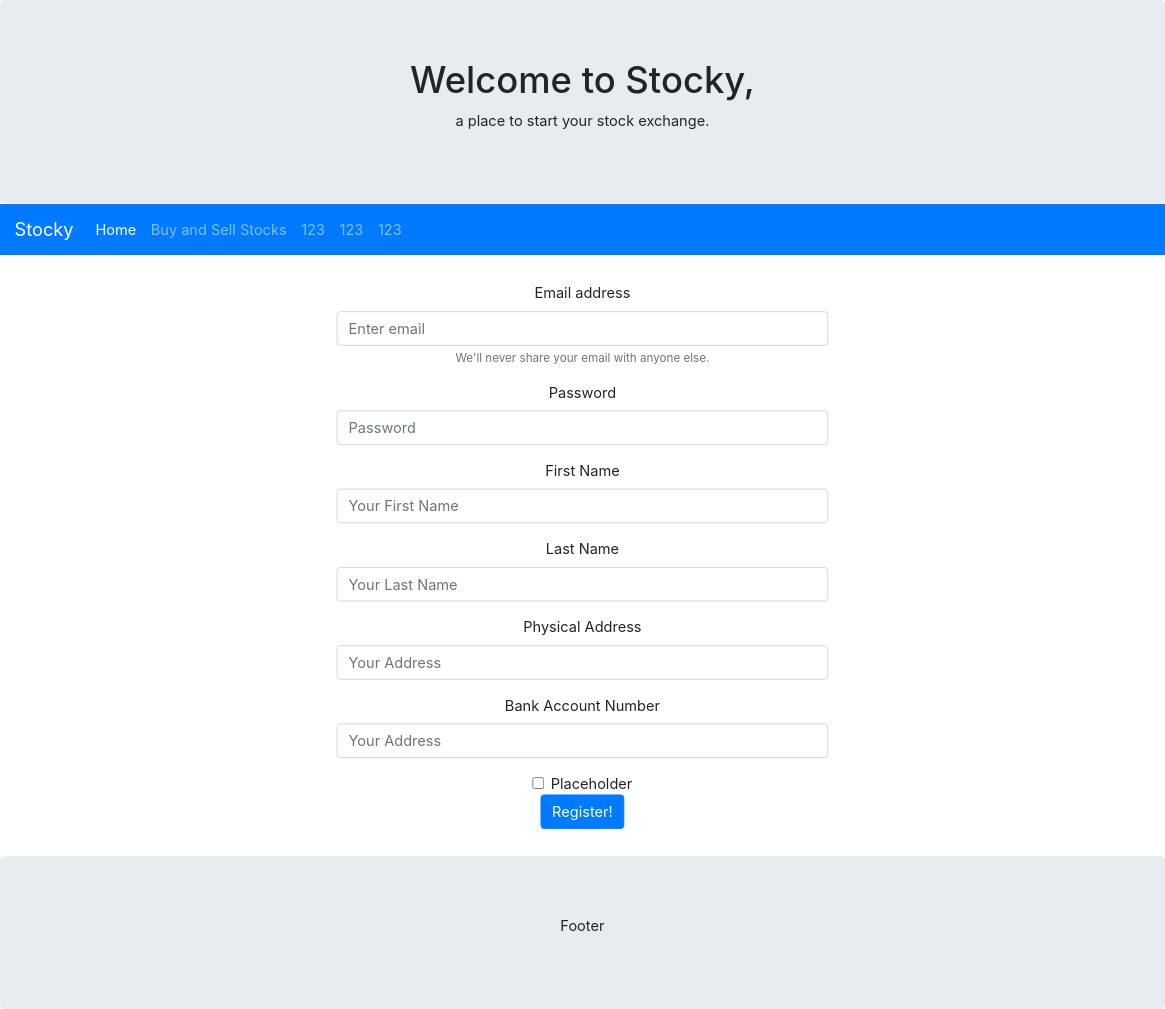
Repository: madfufuu/stocky
Page: http://localhost/stocky/signup.jsp
An editor plug-in stored every save of this project. The page is shown before and after the next save, followed by the edit.
The browser window is 1280 px wide. The pictures show the whole page, at 91% of full size.
The page is served by Tomcat 9. Nobody is signed in. The application's start-up code is not run. Other server files are loaded and not shown.

Above is the page before, as saved 2019-11-29 18:55:53.

### stocky-new-master/stocky/WebContent/signup.jsp
<%@ page language="java" contentType="text/html; charset=UTF-8"
    pageEncoding="UTF-8"%>
<%@ page session="false" %>
<!DOCTYPE html>
<html lang="en">
<head>
	<!-- Required meta tags -->
    <meta charset="utf-8">
    <meta name="viewport" content="width=device-width, initial-scale=1, shrink-to-fit=no">

	<!-- Bootstrap CSS -->
	<link rel="stylesheet" href="https://stackpath.bootstrapcdn.com/bootstrap/4.3.1/css/bootstrap.min.css" integrity="sha384-ggOyR0iXCbMQv3Xipma34MD+dH/1fQ784/j6cY/iJTQUOhcWr7x9JvoRxT2MZw1T" crossorigin="anonymous">
	<link rel="stylesheet" type="text/css" href="./style.css">

	<title>Registration</title>
</head>

<body>
	<div class="jumbotron text-center" style="margin-bottom:0">
  		<h1>Welcome to Stocky,</h1>
 		<p>a place to start your stock exchange.</p>
	</div>

	<nav class="navbar navbar-expand-lg navbar-dark bg-primary sticky-top">
  		<a class="navbar-brand" href="index.jsp">Stocky</a>
  		<button class="navbar-toggler" type="button" data-toggle="collapse" data-target="#navbarSupportedContent" aria-controls="navbarSupportedContent" aria-expanded="false" aria-label="Toggle navigation">
    		<span class="navbar-toggler-icon"></span>
  		</button>

  		<div class="collapse navbar-collapse" id="navbarSupportedContent">
			<ul class="navbar-nav mr-auto">
				<li class="nav-item active">
					<a class="nav-link" href="index.jsp">Home <span class="sr-only">(current)</span></a>
				</li>

				<li class="nav-item">
					<a class="nav-link" href="#">Buy and Sell Stocks</a>
				</li>

				<li class="nav-item">
					<a class="nav-link" href="#">123</a>
				</li>

				<li class="nav-item">
					<a class="nav-link" href="#">123</a>
				</li>

				<li class="nav-item">
					<a class="nav-link" href="#">123</a>
				</li>

			</ul>

		</div>
	</nav>


	<div class="container">
		<div class="row justify-content-center">
			<form action="http://localhost:8180/webApplication/Registration" method="post" class="col-sm-6"
				id="signupForm">
				<div class="form-group">
					<label for="inputEmail">Email address</label> <input
						type="email" class="form-control" id="inputEmail" name="inputEmail"
						aria-describedby="emailHelp" placeholder="Enter email"> <small
						id="emailHelp" class="form-text text-muted">We'll never
						share your email with anyone else.</small>
				</div>
				<div class="form-group">
					<label for="inputPassword">Password</label> <input
						type="password" class="form-control" id="inputPassword" name="inputPassword"
						placeholder="Password">
				</div>
				<div class="form-group">
					<label for="inputFirstName">First Name</label> <input
						type="text" class="form-control" id="inputFirstName" name="inputFirstName"
						placeholder="Your First Name">
				</div>
				<div class="form-group">
					<label for="inputLastName">Last Name</label> <input
						type="text" class="form-control" id="inputLastName" name="inputLastName"
						placeholder="Your Last Name">
				</div>
				<div class="form-group">
					<label for="inputAddress">Physical Address</label> <input
						type="text" class="form-control" id="inputAddress" name="inputAddress"
						placeholder="Your Address">
				</div>
				<div class="form-group">
					<label for="inputBankAccountNum">Bank Account Number</label> <input
						type="text" class="form-control" id="inputBankAccountNum" name="inputBankAccountNum"
						placeholder="Your Address">
				</div>
				<div class="form-check">
					<input type="checkbox" class="form-check-input" id="exampleCheck1">
					<label class="form-check-label" for="exampleCheck1">Placeholder</label>
				</div>
				<button type="submit" class="btn btn-primary">Register!</button>
			</form>
		</div>
	</div>

	<div class="jumbotron text-center" style="margin-bottom:0">
		<p>Footer</p>
	</div>



	<!-- Optional JavaScript -->
    <!-- jQuery first, then Popper.js, then Bootstrap JS -->
	<script src="https://code.jquery.com/jquery-3.3.1.slim.min.js" integrity="sha384-q8i/X+965DzO0rT7abK41JStQIAqVgRVzpbzo5smXKp4YfRvH+8abtTE1Pi6jizo" crossorigin="anonymous"></script>
	<script src="https://cdnjs.cloudflare.com/ajax/libs/popper.js/1.14.7/umd/popper.min.js" integrity="sha384-UO2eT0CpHqdSJQ6hJty5KVphtPhzWj9WO1clHTMGa3JDZwrnQq4sF86dIHNDz0W1" crossorigin="anonymous"></script>
	<script src="https://stackpath.bootstrapcdn.com/bootstrap/4.3.1/js/bootstrap.min.js" integrity="sha384-JjSmVgyd0p3pXB1rRibZUAYoIIy6OrQ6VrjIEaFf/nJGzIxFDsf4x0xIM+B07jRM" crossorigin="anonymous"></script>
</body>
</html>

### stocky-new-master/stocky/WebContent/style.css
@charset "UTF-8";
#signin-form-card {
	width: 50%;
}

#signupForm{
	text-align: center;
	margin-top:  30px;
	margin-bottom:  30px;
}

#jumbotron-top {
  background-image: url("assets/jumbotron_bottom.jpg");
  background-size: cover;
}

.fa:hover {
    opacity: 0.7;
}

.fab {
	padding: 10px;
}

#logout-button {
	float: right;
	margin-top: 10px;
}

#addBankAccount-button {
	padding: 15px;
}

After the next save:
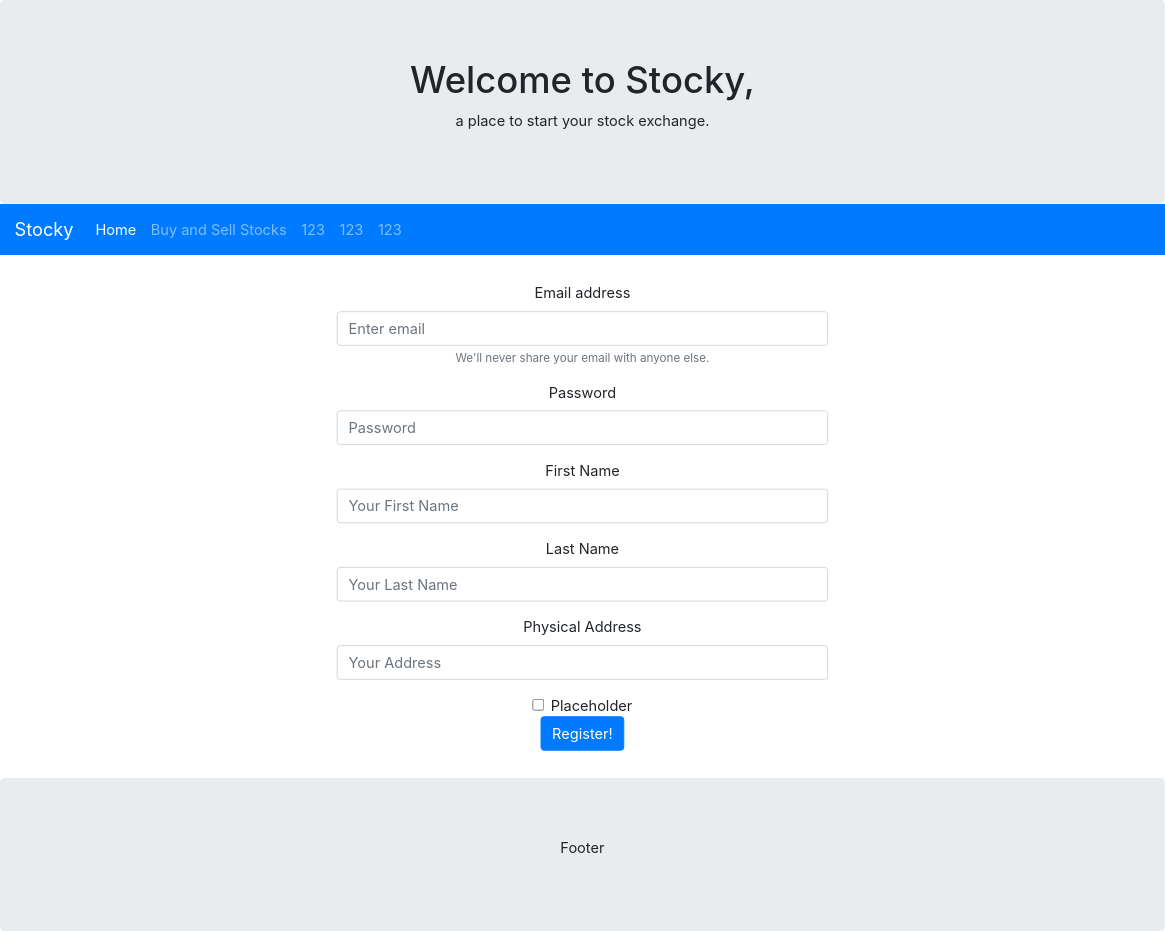
Saved 8 min 35 s later.
--- a/stocky-new-master/stocky/WebContent/signup.jsp
+++ b/stocky-new-master/stocky/WebContent/signup.jsp
@@ -86,11 +86,6 @@
 						type="text" class="form-control" id="inputAddress" name="inputAddress"
 						placeholder="Your Address">
 				</div>
-				<div class="form-group">
-					<label for="inputBankAccountNum">Bank Account Number</label> <input
-						type="text" class="form-control" id="inputBankAccountNum" name="inputBankAccountNum"
-						placeholder="Your Address">
-				</div>
 				<div class="form-check">
 					<input type="checkbox" class="form-check-input" id="exampleCheck1">
 					<label class="form-check-label" for="exampleCheck1">Placeholder</label>
